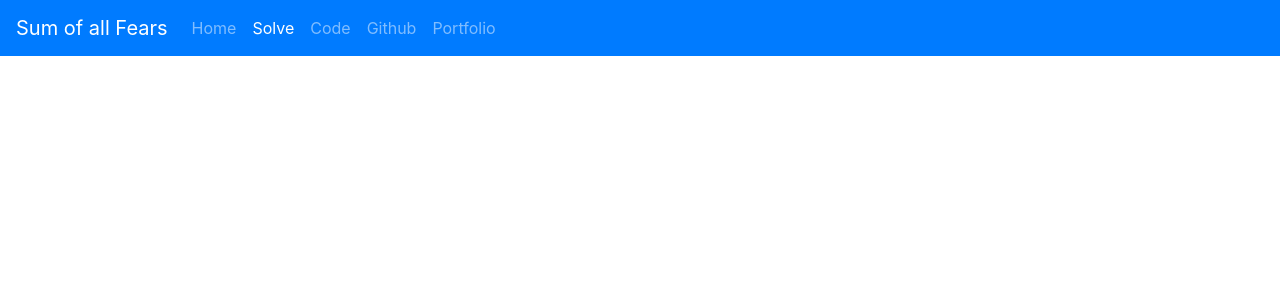
Repository: zhadjah9559/BrainBufferOverflow
Page: solve.html
These files come from the project's save history. The page is drawn as it stood at one moment and after the next save; the edit follows.
The browser window is 1280 px wide. The pictures show the whole page.

Above is the page before, as saved 2021-01-13 14:51:21.

### solve.html
<!doctype html>
<html lang="en">
  <head>
    <title>Title</title>
    <!-- Required meta tags -->
    <meta charset="utf-8">
    <meta name="viewport" content="width=device-width, initial-scale=1, shrink-to-fit=no">

    <!-- Bootstrap CSS -->
    <link rel="stylesheet" href="https://stackpath.bootstrapcdn.com/bootstrap/4.3.1/css/bootstrap.min.css" integrity="sha384-ggOyR0iXCbMQv3Xipma34MD+dH/1fQ784/j6cY/iJTQUOhcWr7x9JvoRxT2MZw1T" crossorigin="anonymous">
  </head>
  <body>

    <nav class="navbar navbar-expand-sm navbar-dark bg-primary">
        <a class="navbar-brand" href="#">Sum of all Fears</a>
        <button class="navbar-toggler d-lg-none" type="button" data-toggle="collapse" data-target="#collapsibleNavId" aria-controls="collapsibleNavId"
            aria-expanded="false" aria-label="Toggle navigation"></button>
        <div class="collapse navbar-collapse" id="collapsibleNavId">
            <ul class="navbar-nav mr-auto mt-2 mt-lg-0">
                <li class="nav-item">
                    <a class="nav-link" href="index.html">Home <span class="sr-only">(current)</span></a>
                </li>
                <li class="nav-item active">
                    <a class="nav-link" href="solve.html">Solve</a>
                </li>
                 <li class="nav-item">
                    <a class="nav-link" href="code.html">Code</a>
                </li> <li class="nav-item">
                    <a class="nav-link" href="#">Github</a>
                </li>
                <li class="nav-item">
                    <a class="nav-link" href="#">Portfolio</a>
                </li>
            </ul>

        </div>
    </nav>

    <div class="container">
        <!--User Array Inputs-->
        <div class="row">

        </div>


    </div>


    <!-- Optional JavaScript -->
    <!-- jQuery first, then Popper.js, then Bootstrap JS -->
    <script src="https://code.jquery.com/jquery-3.3.1.slim.min.js" integrity="sha384-q8i/X+965DzO0rT7abK41JStQIAqVgRVzpbzo5smXKp4YfRvH+8abtTE1Pi6jizo" crossorigin="anonymous"></script>
    <script src="https://cdnjs.cloudflare.com/ajax/libs/popper.js/1.14.7/umd/popper.min.js" integrity="sha384-UO2eT0CpHqdSJQ6hJty5KVphtPhzWj9WO1clHTMGa3JDZwrnQq4sF86dIHNDz0W1" crossorigin="anonymous"></script>
    <script src="https://stackpath.bootstrapcdn.com/bootstrap/4.3.1/js/bootstrap.min.js" integrity="sha384-JjSmVgyd0p3pXB1rRibZUAYoIIy6OrQ6VrjIEaFf/nJGzIxFDsf4x0xIM+B07jRM" crossorigin="anonymous"></script>
  </body>
</html>

After the next save:
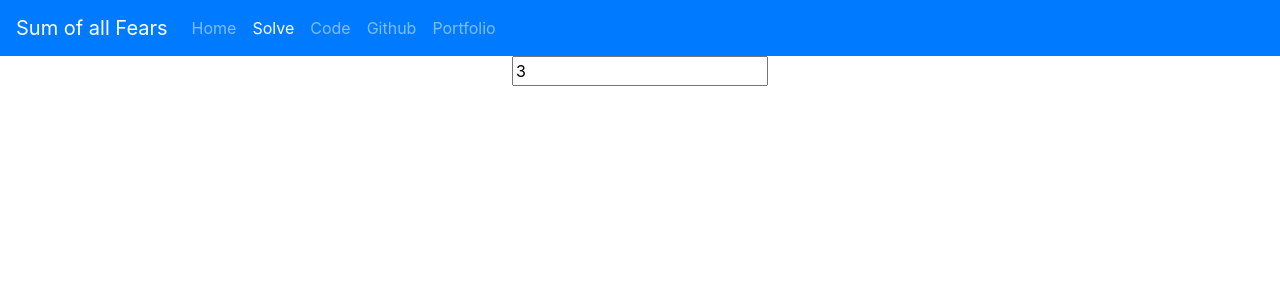
Saved 46 s later.
--- a/solve.html
+++ b/solve.html
@@ -39,7 +39,9 @@
     <div class="container">
         <!--User Array Inputs-->
         <div class="row">
-
+            <div class="col text-center">
+                <input type="number" id="input3" size="3" value="3" placeholder="3...">
+            </div>
         </div>
 
 
